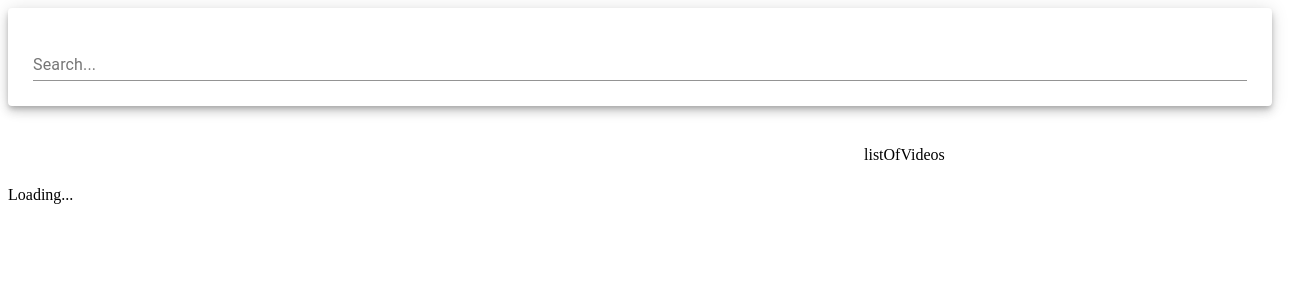
Repository: Vickydew1/YouTube_Clone
Page: /
The author's editor kept a copy of each file at every save. The page is drawn from the files as they stood at one save, then again after the next save.
The browser window is 1280 px wide. The page is 1312 px wide, so the pictures cover 1312 px, including what lies to the right of the window. The pictures show the whole page.
The project was rebuilt for these pictures with package versions that can differ from the ones it lists, and the page was loaded fresh each time. Also part of the build but not shown: src/components/VideoItem.js.

Above is the page before, as saved 2022-03-03 08:22:01.

### src/App.js
import React from "react";
import youtube from "./api/youtube";
import { Grid } from "@material-ui/core";

import { SearchBar, VideoDetail, VideoList } from "./components";

class App extends React.Component {
  state = {
    videos: [],
    selectedVideo: null,
  };
  handleSubmit = async (searchTerm) => {
    const response = await youtube.get("search", {
      params: {
        part: "snippet",
        maxResults: 5,
        key: "AIzaSyAXLDQR2yjJdQyC_Hruacd21UQA1x5q95Y",
        q: searchTerm,
      },
    });

    this.setState({
      videos: response.data.items,
      selectedVideo: response.data.items[0],
    });
  };

  render() {
    const { selectedVideo, videos } = this.state;
    return (
      <Grid justifyContent="center" container spacing={10}>
        <Grid item xs={12}>
          <Grid container spacing={10}>
            <Grid item xs={12}>
              <SearchBar onFormSubmit={this.handleSubmit} />
            </Grid>
            <Grid item xs={8}>
              <VideoDetail video={selectedVideo} />
            </Grid>
            <Grid item xs={4}>
              <VideoList videos={videos} />
            </Grid>
          </Grid>
        </Grid>
      </Grid>
    );
  }
}

export default App;

### src/components/index.js
export { default as SearchBar } from "./SearchBar";
export { default as VideoDetail } from "./VideoDetail";
export { default as VideoList } from "./VideoList";

### src/components/SearchBar.js
import React from "react";

import { Paper, TextField } from "@material-ui/core";

class SearchBar extends React.Component {
  state = {
    searchTerm: "",
  };

  handleChange = (event) => {
    this.setState({
      searchTerm: event.target.value,
    });
  };

  handleSubmit = () => {
    const { searchTerm } = this.state;
    const { onFormSubmit } = this.props;

    onFormSubmit(searchTerm);

    // eslint-disable-next-line no-restricted-globals
    event.preventDefault();
  };

  render() {
    return (
      <Paper elevation={6} style={{ padding: "25px" }}>
        <form onSubmit={this.handleSubmit}>
          <TextField fullWidth label="Search..." onChange={this.handleChange} />
        </form>
      </Paper>
    );
  }
}

export default SearchBar;

### src/components/VideoDetail.js
import React from "react";
import { Paper, Typography } from "@material-ui/core";

const VideoDetail = ({ video }) => {
  if (!video) return <div>Loading...</div>;

  const VideoSrc = `https://www.youtube.com/embed/${video.id.videoId}`;

  return (
    <React.Fragment>
      <Paper elevation={6} style={{ height: "70%" }}>
        <iframe
          frameBorder="0"
          height="100%"
          width="100%"
          title="Video Player"
          src={VideoSrc}
        />
      </Paper>
      <Paper elevation={6} style={{ padding: "15px" }}>
        <Typography variant="h4">
          {video.snippet.title} - {video.snippet.channelTitle}
        </Typography>
        <Typography variant="subtitle1">
          {video.snippet.channelTitle}
        </Typography>
        <Typography variant="subtitle2">{video.snippet.description}</Typography>
      </Paper>
    </React.Fragment>
  );
};

export default VideoDetail;

### src/components/VideoList.js
import React from "react";
import { Grid } from "@material-ui/core";

import VideoItem from "./VideoItem";

const VideoList = ({ videos }) => {
  const listOfVideos = videos.map((video, id) => (
    <VideoItem key={id} video={video} />
  ));

  return (
    <Grid container spacing={10}>
      listOfVideos
    </Grid>
  );
};

export default VideoList;

Loaded but not shown: public/index.html (common file); src/index.js (common file); src/api/youtube.js (common file)

After the next save:
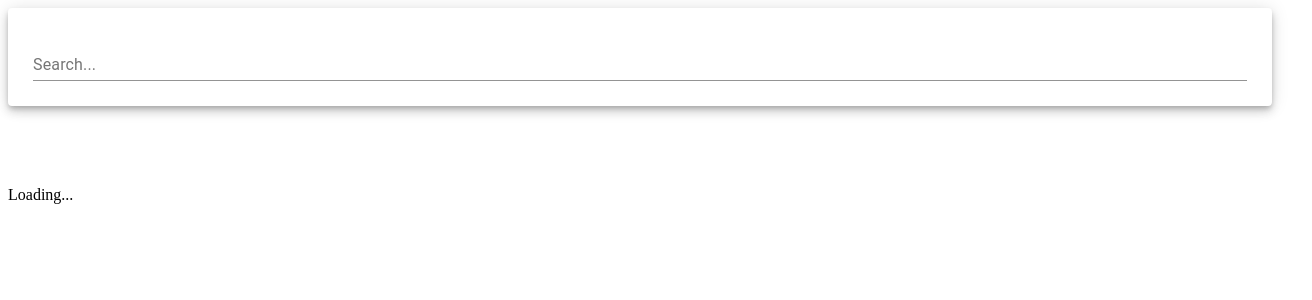
Saved 31 s later.
--- a/src/components/VideoList.js
+++ b/src/components/VideoList.js
@@ -10,7 +10,7 @@ const VideoList = ({ videos }) => {
 
   return (
     <Grid container spacing={10}>
-      listOfVideos
+      {listOfVideos}
     </Grid>
   );
 };
